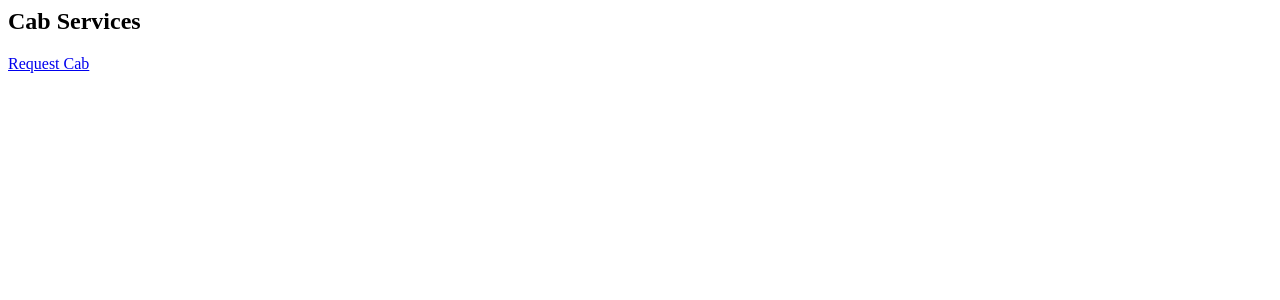
Repository: Faisal2205/java-practice-code-
Page: http://localhost/Spring_MVC_Web5/
An editor plug-in stored every save of this project. The page is shown before and after the next save, followed by the edit.
The browser window is 1280 px wide. The pictures show the whole page.
The page is served by Tomcat 9. Other server files are loaded and not shown.

Above is the page before, as saved 2025-06-08 20:26:39.

### Spring_MVC_Web5/src/main/webapp/index.jsp
 <html>
<head>
<meta charset="UTF-8">
<title>Cab Services</title>
</head>
<body>
<h2>Cab Services</h2>

<a href="bookingService">Request Cab</a></br></br>

</body>
</html>

After the next save:
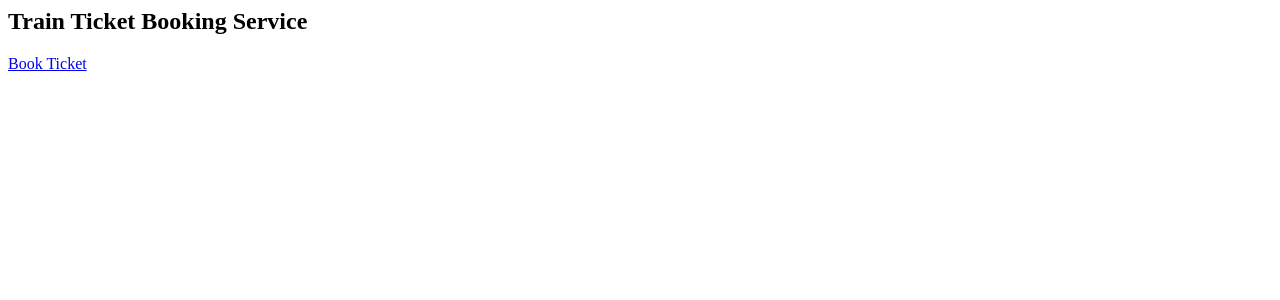
Saved 2 min 23 s later.
--- a/Spring_MVC_Web5/src/main/webapp/index.jsp
+++ b/Spring_MVC_Web5/src/main/webapp/index.jsp
@@ -1,12 +1,12 @@
  <html>
 <head>
 <meta charset="UTF-8">
-<title>Cab Services</title>
+<title>Ticket Booking Services</title>
 </head>
 <body>
-<h2>Cab Services</h2>
+<h2>Train Ticket Booking Service</h2>
 
-<a href="bookingService">Request Cab</a></br></br>
+<a href="bookingService">Book Ticket</a></br></br>
 
 </body>
 </html>
